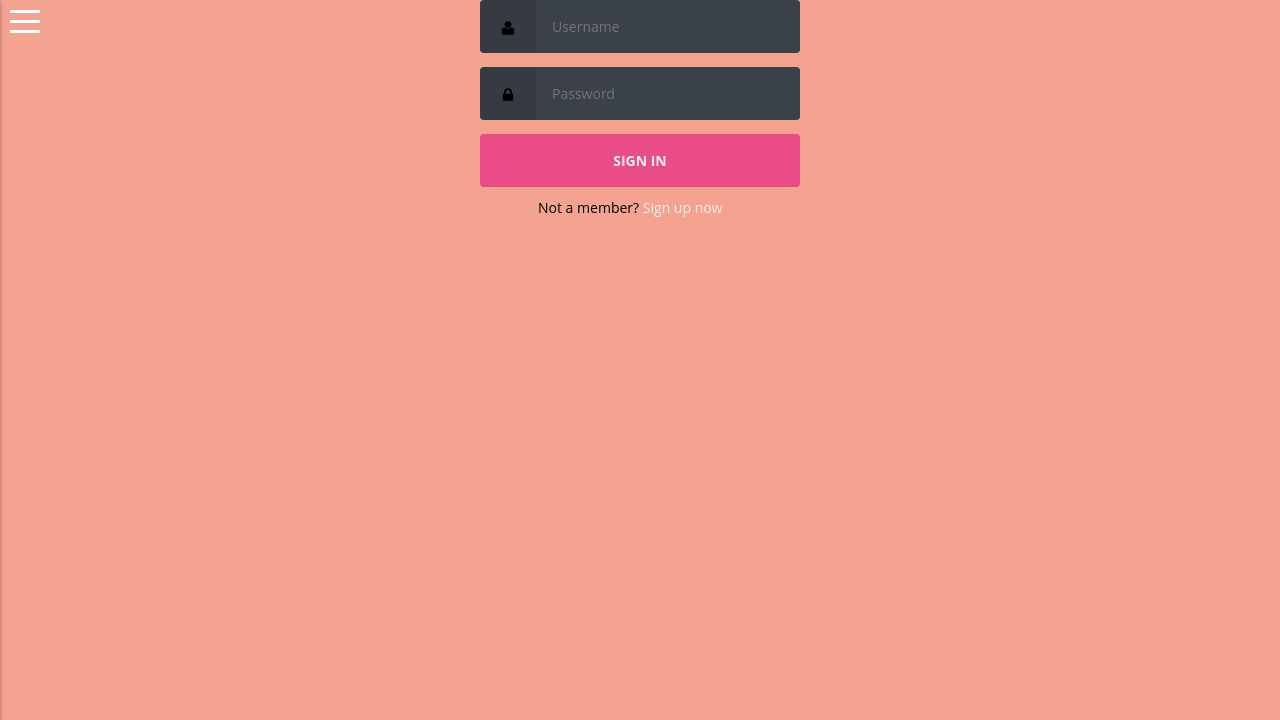
Repository: se-yoo/ChangeSeat
Page: http://localhost/ChangeSeat/signUp.jsp
These files come from the project's save history. The page is drawn as it stood at one moment and after the next save; the edit follows.
The browser window is 1280 px wide. The pictures show the whole page.
Some web libraries are served in a nearby version. The page is served by Tomcat 9.

Above is the page before, as saved 2018-06-25 09:32:30.

After the next save:
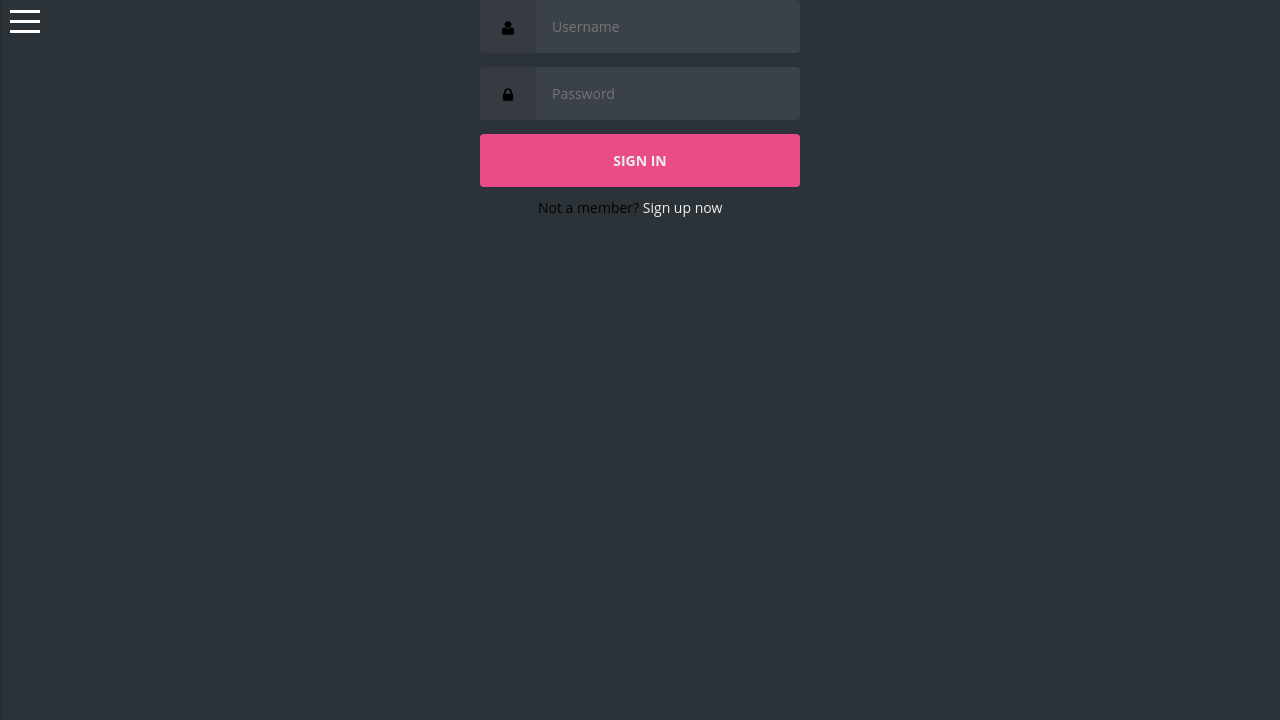
Saved 6 s later.
--- a/ChangeSeat/WebContent/loginStyle.css
+++ b/ChangeSeat/WebContent/loginStyle.css
@@ -10,6 +10,7 @@
 body{
 	text-align:center;
 	font-size:1.2em;
+	  background-color: var(--bodyBackgroundColor);
   color: var(--bodyColor);
   font-family: var(--bodyFontFamily), var(--bodyFontFamilyFallback);
   font-size: var(--bodyFontSize);
@@ -26,7 +27,6 @@ body{
 }
 
 .grid {
-
   margin-left: auto;
   margin-right: auto;
   max-width: var(--gridMaxWidth);
